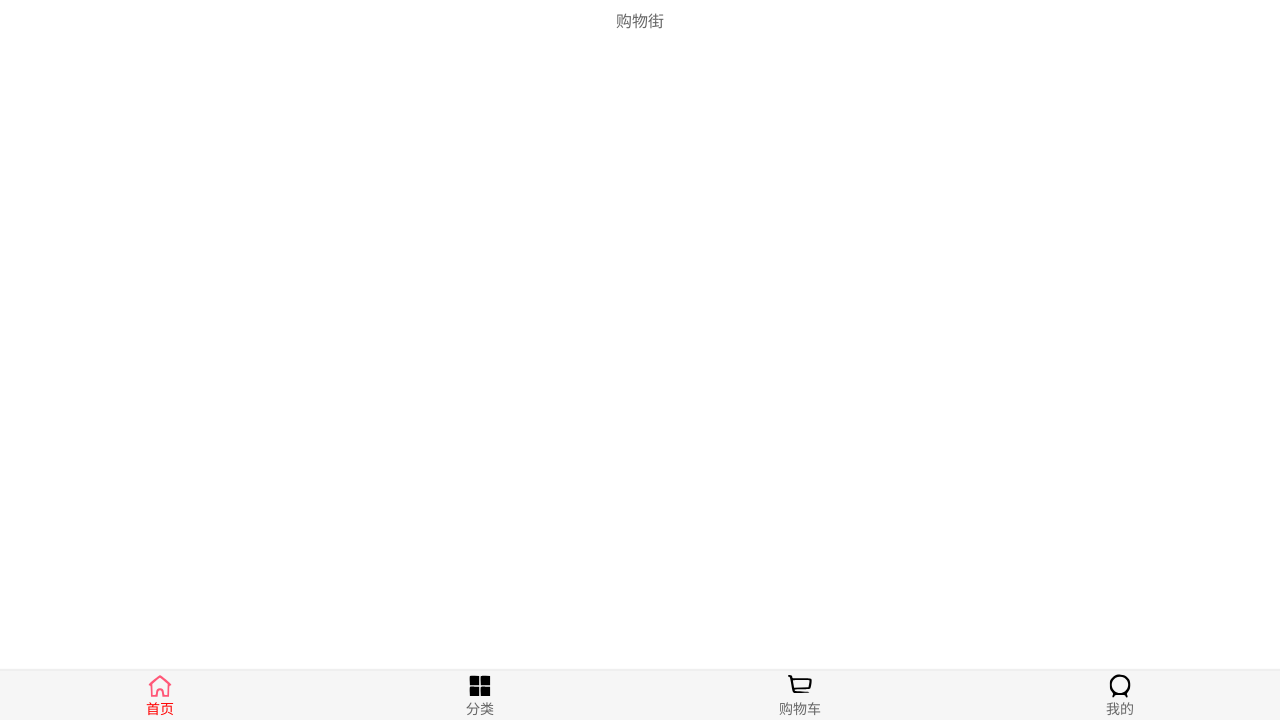
Repository: pumbaaWen/testmall
Page: /
These files come from the project's save history. The page is drawn as it stood at one moment and after the next save; the edit follows.
The browser window is 1280 px wide. The pictures show the whole page.
The project was rebuilt for these pictures with package versions that can differ from the ones it lists, and the page was loaded fresh each time.

Above is the page before, as saved 2021-10-26 14:31:34.

After the next save:
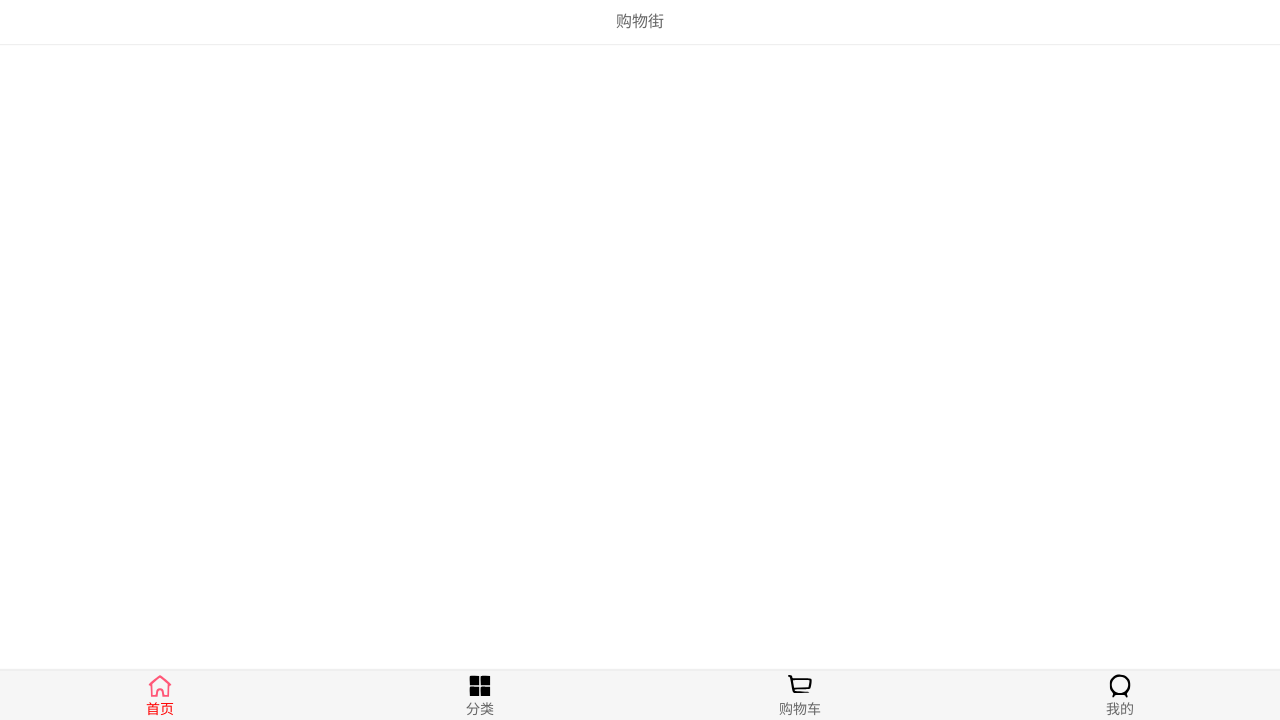
Saved 65 s later.
--- a/src/components/common/navbar/NavBar.vue
+++ b/src/components/common/navbar/NavBar.vue
@@ -45,6 +45,7 @@ export default {
     height: 44px;
     line-height: 44px;
     text-align: center;
+    box-shadow: 0 1px 1px rgba(100, 100, 100, .1);
   }
   .left, .right {
     width: 60px;
